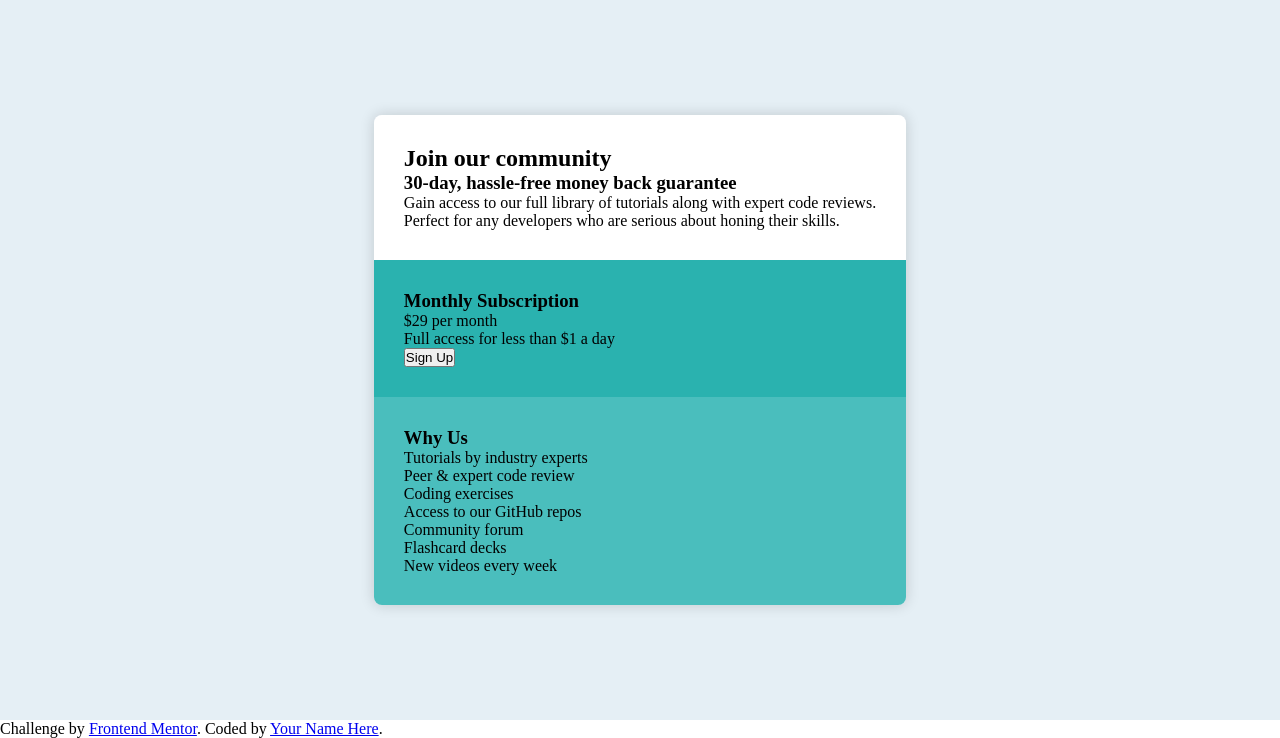
Repository: jminervino/PriceGridComponent
Page: index.html
An editor plug-in stored every save of this project. The page is shown before and after the next save, followed by the edit.
The browser window is 1280 px wide. The pictures show the whole page.

Above is the page before, as saved 2022-02-07 11:08:21.

After the next save:
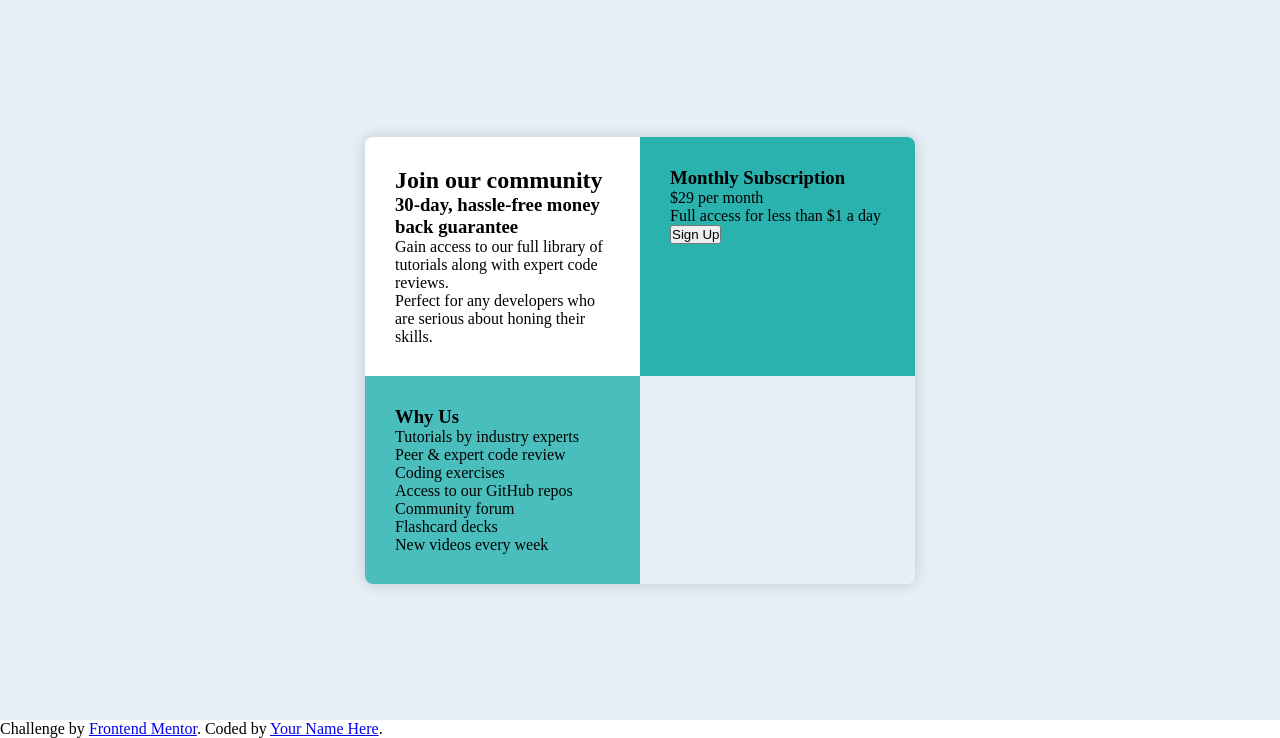
Saved 2 min 32 s later.
--- a/style.css
+++ b/style.css
@@ -19,7 +19,7 @@ section {
 
 .container {
     display: grid;
-    grid-template-columns: 100%;
+    grid-template-columns: 50% 50%;
     max-width: 550px;
     box-shadow: 0px 0px 14px 1px #00000024;
     margin: 0 auto;
